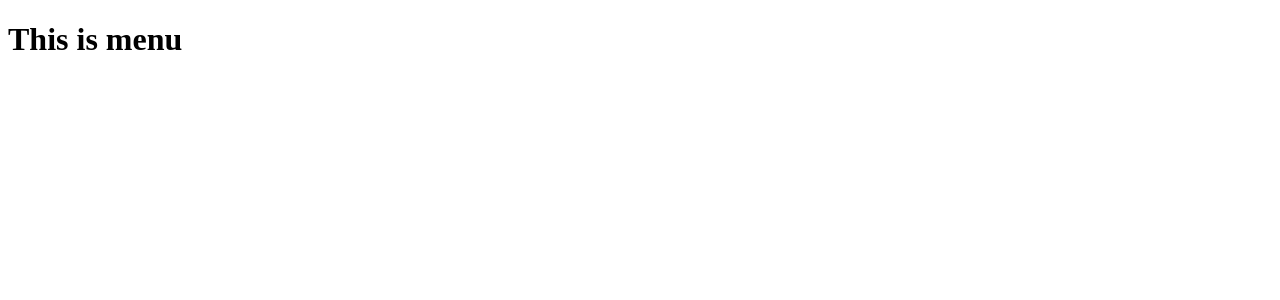
Repository: albinsabu2023/Stopwatch-program
Page: index.html
The author's editor kept a copy of each file at every save. The page is drawn from the files as they stood at one save, then again after the next save.
The browser window is 1280 px wide. The pictures show the whole page.

Above is the page before, as saved 2023-03-03 14:12:16.
Console error: TypeError: el.style.backgroundColor is not a function

### index.html
<!DOCTYPE html>

<head>
    <meta charset="UTF-8">
    <meta http-equiv="X-UA-Compatible" content="IE=edge">
    <meta name="viewport" content="width=device-width, initial-scale=1.0">
    <link rel="stylesheet" href="style.css">
    <title>Document</title>
</head>
    <h1 id="menu">This is menu</h1>

    <script src="index.js"></script>
</body>
</html>

### style.css
.c-1{
    padding: 30px;
    border: 2px solid gray;
    border-radius: 5px;
    background-color: aquamarine;
}
#cel,#far{
    margin-bottom: 20px;
}
#submit{
    background-color: blanchedalmond;
    border:none;
    display: felx;
    background-color: aqua;

}
#submit:hover{
    background-color: blue;

}

### index.js
//SYNCHRONUS(orderd) ASYNCHRONUS(unorderd,acces dB,frtching files,tasks)
//-------------------------
//synchronus
// console.log("albin");
// console.log("parappallil");
// console.log("Vazhoor Kottaym");

//asynch
// console.log("albin");
// setTimeout(() => console.log("parappallil"), 1000);
// console.log("vazhoor Kottaym");

//CONSOLE.TIME()  //how much time take to start and end a process
//--------------------------------
// console.time("response");

// setTimeout(() => console.log("hello"), 3000);
// console.timeEnd("response");

//PROMISES  objects that encapsulate the resukt of an asynch opn
//--------------------
//states pending,resolved,rejected

// const msg = new Promise((gotIt, notYet) => {
//   let sendMessage = true;
//   if (sendMessage) {
//     gotIt("yeah recieved the message");
//   } else {
//     notYet("sorrry bruh,not recieved");
//   }
// });
// msg.then((value) => console.log(value)).catch((err) => console.log(err));

//a promise after 3 seconds to print thanks
// const pro = new Promise((resolve) => {
//   setTimeout(resolve, 2000);
// });
// pro.then(() => {
//   console.log("thanks ");
// });

// //passing time as argument to promise
// const pr = (time) =>
//   new Promise((resolve) => {
//     setTimeout(resolve, time);
//   });
// pr(3000).then(() => {
//   console.log("thanks ");
// });

///ASYNC  with function to create without Promise keyword
//----------------------
// async function doWalk() {
//   let walking = false;
//   if (walking) {
//     return "yeah walking";
//   } else {
//     throw "cant walk now";
//   }
// }

// doWalk()
//   .then((res) => console.log(res))
//   .catch((err) => console.log(err));

///ASYNC  with function to create with Promise key word
//-------------------------------
// function passed() {
//   let pass = true;
//   if (pass) {
//     return Promise.resolve("yesh you are ");
//   } else {
//     return Promise.reject("Nah your not");
//   }
// }
// passed()
//   .then((res) => console.log(res))
//   .catch((err) => console.log(err));

//AWAIT  we can eliminate the then and catch
// async function sendMail() {
//   let send = true;
//   if (send) {
//     return "yeah the mail had been sended";
//   } else {
//     throw "nop there are some error";
//   }
// }
// async function startProcess() {
//   try {
//     let message = await sendMail();
//     console.log(message);
//   } catch (err) {
//     console.log(err);
//   }
// }
// startProcess();

//DOM
//------------------
//object models of api
let el = document.getElementById("menu");
el.style.backgroundColor("red");

After the next save:
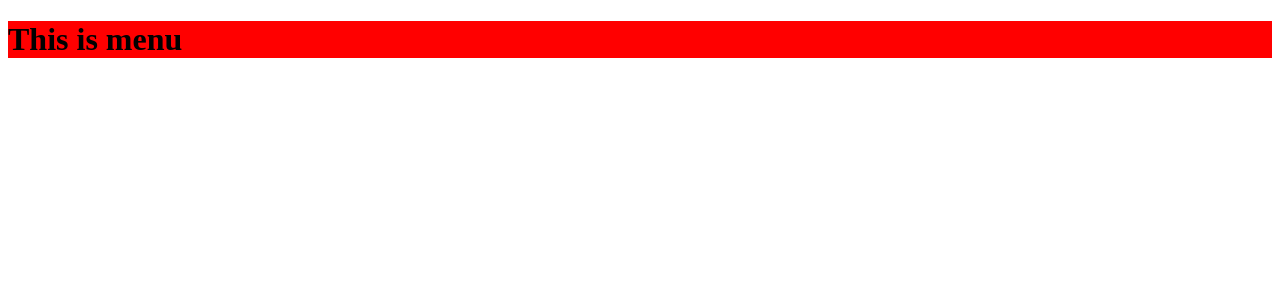
The error is gone.
Saved 9 s later.
--- a/index.js
+++ b/index.js
@@ -100,4 +100,4 @@
 //------------------
 //object models of api
 let el = document.getElementById("menu");
-el.style.backgroundColor("red");
+el.style.backgroundColor = "red";
